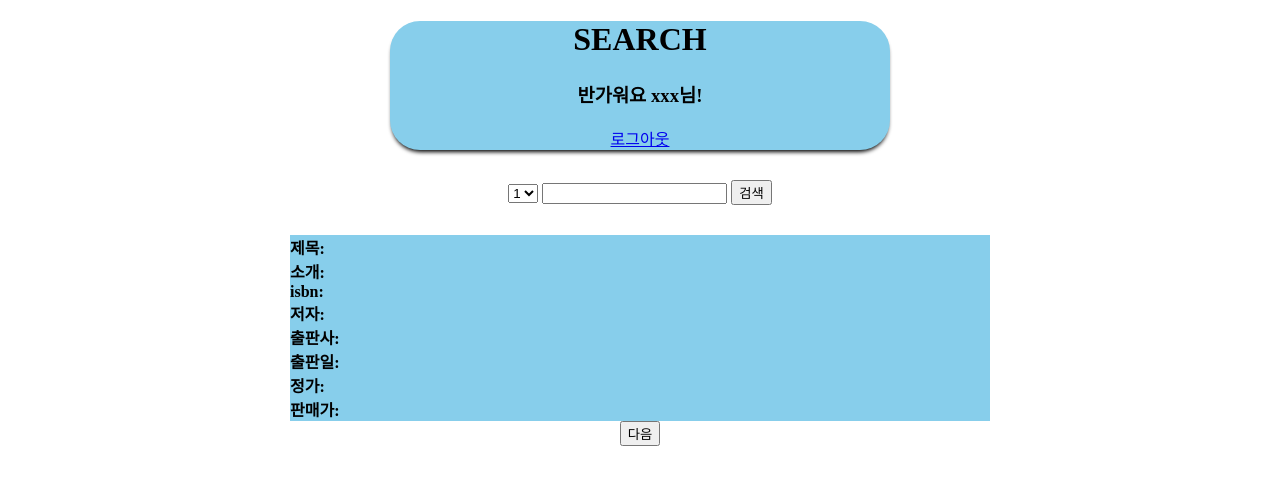
Repository: ChoHyeonKi/prj-workspace
Page: http://localhost/books/search
These files come from the project's save history. The page is drawn as it stood at one moment and after the next save; the edit follows.
The browser window is 1280 px wide. The pictures show the whole page.
The page is this project's Thymeleaf template; nobody is signed in. The template is opened directly, without the code that normally fills it, so the values that code supplies are empty.

Above is the page before, as saved 2022-10-09 07:21:35.

### bookSearch/src/main/resources/templates/books/search.html
<!DOCTYPE HTML>
<html>
<head>
	<title>Book Search Page</title>
	<meta http-equiv="Content-Type" content="text/html; charset=UTF-8" />
	<script src="https://code.jquery.com/jquery-3.6.1.js" integrity="sha256-3zlB5s2uwoUzrXK3BT7AX3FyvojsraNFxCc2vC/7pNI=" crossorigin="anonymous"></script>
	<script>
		$(document).ready(function() {
			$("#search").click(function( ){
				$.ajax({
					method: "GET",
					url: "https://dapi.kakao.com/v3/search/book?target=title",
					data: { query: $("#keyword").val() },
					headers: { Authorization: "KakaoAK ce89487b4f076f3f20eef7d0c16c843f" }
				})
					.done(function( bookList ) {
				   		console.log(bookList.documents);
				   		var dateTime = bookList.documents[0].datetime;
				   		dateTime = dateTime.substr(0,10);

				   		var sale_price = bookList.documents[0].sale_price;
				   		if(bookList.documents[0].status == ""){
							   sale_price = "미판매";
						}

					    $( "div.thumbnail" ).append("<img src='"+bookList.documents[0].thumbnail+"'/>");
						$( "div.bTitle" ).append(bookList.documents[0].title);
						$( "div.contents" ).append(bookList.documents[0].contents);
						$( "div.isbn" ).append(bookList.documents[0].isbn);
						$( "div.authors" ).append(bookList.documents[0].authors);
						$( "div.publisher" ).append(bookList.documents[0].publisher);
						$( "div.dateTime" ).append(dateTime);
						$( "div.price" ).append(bookList.documents[0].price);
						$( "div.sale_price" ).append(sale_price);
					});
			})
		})
	  </script>
</head>
<body>
	<div class="mainPage" style="width: 500px; height: auto; border-radius: 30px; box-shadow: 0px 4px 4px -2px black; margin:auto; background-color: skyblue">
		<div class="title" style="color:black;width: 100%; text-align:center;">
			<h1>SEARCH</h1>
			<h3>반가워요 xxx님!</h3>
			<div class="logout" style="text-align: center;">
				<a href="../">로그아웃</a>
			</div>
		</div>
	</div>

	<div class="searchForm" style="display:block; text-align: center; margin-top: 30px;">

		<select id="titlekeyword" value="">
		<option>1</option>
		</select>
		<input id="keyword" value="" type="text"></input>

		<button id="search">검색</button>
	</div>
	<div class="bookList" style="width: 700px; height: auto; margin:auto; margin-top: 30px; background-color:skyblue">
			<div class="thumbnail" style="float:left; margin-right:10px"></div>
			<div class="bTitle"><strong>제목:</strong> </div>
			<div class="contents"><strong>소개:</strong> </div>
			<div class="isbn"><strong>isbn:</strong> </div>
			<div class="authors"><strong>저자:</strong> </div>
			<div class="publisher"><strong>출판사:</strong> </div>
			<div class="dateTime"><strong>출판일:</strong> </div>
			<div class="price"><strong>정가:</strong> </div>
			<div class="sale_price"><strong>판매가:</strong> </div>
	</div>

	<div class="next" style="text-align: center;">
		<button id="next">다음</button>
	</div>
</body>
</html>

After the next save:
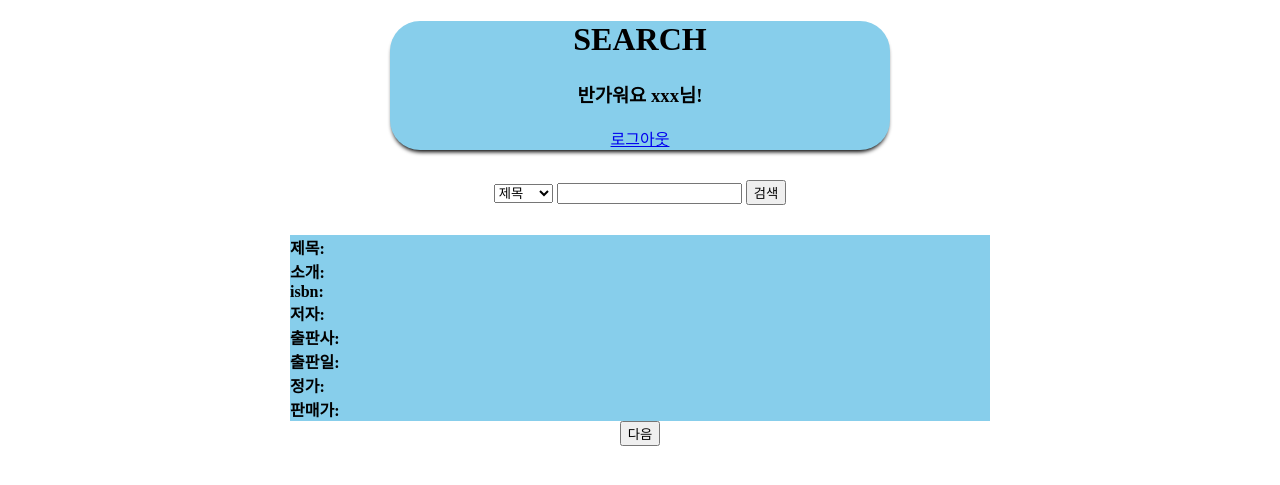
Saved 4 min 21 s later.
--- a/bookSearch/src/main/resources/templates/books/search.html
+++ b/bookSearch/src/main/resources/templates/books/search.html
@@ -51,7 +51,14 @@
 	<div class="searchForm" style="display:block; text-align: center; margin-top: 30px;">
 
 		<select id="titlekeyword" value="">
-		<option>1</option>
+		<option>제목</option>
+		<option>소개</option>
+		<option>ISBN</option>
+		<option>저자</option>
+		<option>출판사</option>
+		<option>출판일</option>
+		<option>정가</option>
+		<option>판매가</option>
 		</select>
 		<input id="keyword" value="" type="text"></input>
 
